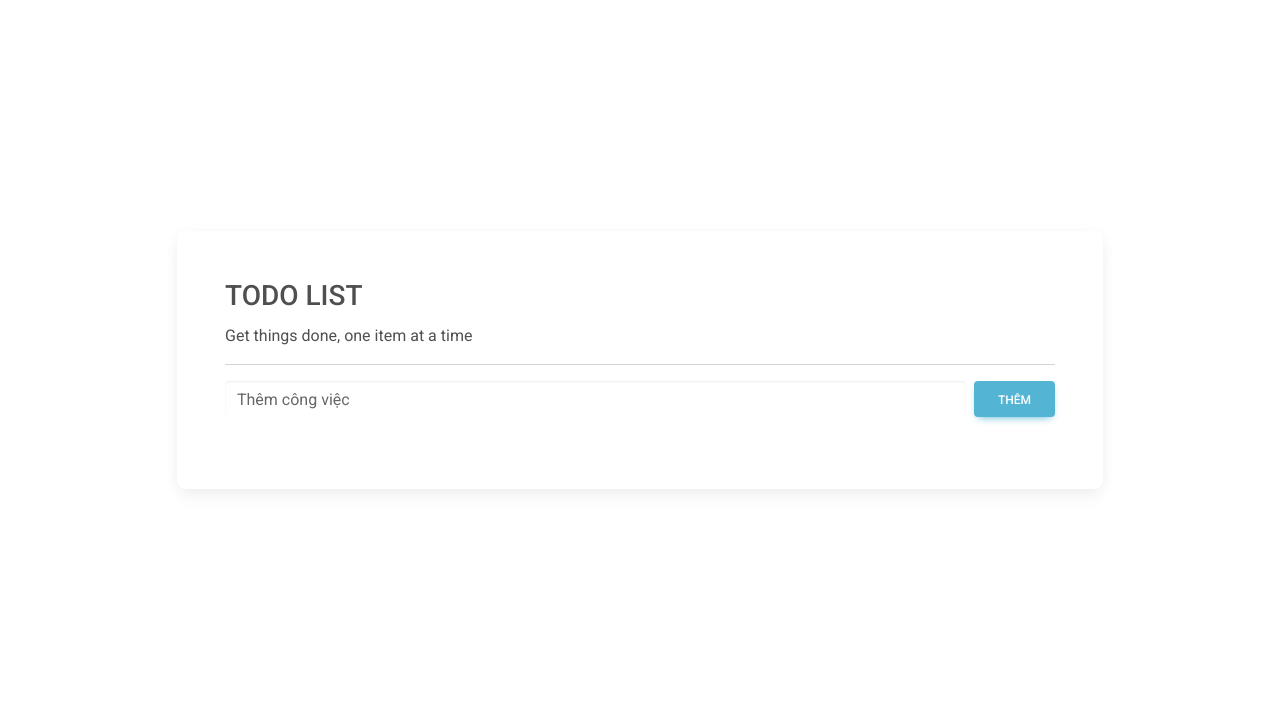
Repository: TinhTT336/MD02_HACKATHON01_HN_JV230620_BS_TranThiTinh_Basic
Page: /
The author's editor kept a copy of each file at every save. The page is drawn from the files as they stood at one save, then again after the next save.
The browser window is 1280 px wide. The pictures show the whole page.
Some web libraries are served in a nearby version. The project was rebuilt for these pictures with package versions that can differ from the ones it lists, and the page was loaded fresh each time. Also part of the build but not shown: vite.config.js, src/App.css, src/index.css.

Above is the page before, as saved 2023-09-05 10:11:23.

### index.html
<!DOCTYPE html>
<html lang="en">
  <head>
    <meta charset="UTF-8" />
    <link rel="icon" type="image/svg+xml" href="/vite.svg" />
    <meta name="viewport" content="width=device-width, initial-scale=1.0" />
    <title>Vite + React</title>
    <link
      href="https://cdnjs.cloudflare.com/ajax/libs/font-awesome/6.0.0/css/all.min.css"
      rel="stylesheet"
    />
    <link
      href="https://fonts.googleapis.com/css?family=Roboto:300,400,500,700&display=swap"
      rel="stylesheet"
    />
    <link
      href="https://cdnjs.cloudflare.com/ajax/libs/mdb-ui-kit/6.2.0/mdb.min.css"
      rel="stylesheet"
    />
  </head>
  <body>
    <div id="root"></div>
    <script type="module" src="/src/main.jsx"></script>
  </body>
</html>

### src/App.jsx
import { useState } from 'react'
import reactLogo from './assets/react.svg'
import viteLogo from '/vite.svg'
import './App.css'
import Index from './TodoList/Index'

function App() {
  const [count, setCount] = useState(0)

  return (
    <>
      <Index />
    </>
  )
}

export default App

### src/TodoList/Index.jsx
import React from 'react'
import Header from './Header'

export default function Index() {
    return (
        <div>
            <Header />
        </div>
    )
}

### src/TodoList/Header.jsx
import React from 'react'

export default function Header() {
    return (
        <div>
            <section className="vh-100 gradient-custom">
                <div className="container py-5 h-100">
                    <div
                        className="row d-flex justify-content-center align-items-center
              h-100"
                    >
                        <div className="col col-xl-10">
                            <div className="card">
                                <div className="card-body p-5">
                                    <h3 style={{ marginBottom: 10 }}>
                                        TODO LIST
                                    </h3>
                                    <p>Get things done, one item at a time</p>
                                    <hr></hr>
                                    <form
                                        className="d-flex justify-content-center
                              align-items-center mb-4"
                                    >
                                        <div className="form-outline flex-fill">
                                            <input type="text" id="form2" className="form-control" />
                                            <label className="form-label" htmlFor="form2">
                                                Thêm công việc
                                            </label>
                                        </div>
                                        <button
                                            type="submit"
                                            className="btn btn-info
                                  ms-2"
                                        >
                                            Thêm
                                        </button>
                                    </form>
                                </div>
                            </div>
                        </div>
                    </div>
                </div>
            </section>

        </div>
    )
}

### src/TodoList/Form.jsx
import React from 'react'

export default function Form() {
    return (
        <>
            {/* Tabs content */}
            <div className="tab-content">
                <div className="tab-pane fade show active">
                    <ul className="list-group mb-0">
                        <li
                            className="list-group-item d-flex
                                          align-items-center border-0 mb-2
                                          rounded justify-content-between"
                            style={{ backgroundColor: "#f4f6f7" }}
                        >
                            <div>
                                <input
                                    className="form-check-input
                                                  me-2"
                                    type="checkbox"
                                    defaultChecked=""
                                />
                                <s>Cras justo odio</s>
                            </div>
                            <div>
                                <a href="#!" className="text-info" title="Sửa công việc">
                                    <i
                                        className="fas
                                                      fa-pencil-alt
                                                      me-3"
                                    />
                                </a>
                                <a
                                    href="#!"
                                    className="text-danger"
                                    title="Xóa công việc"
                                >
                                    <i
                                        className="fas
                                                      fa-trash-alt"
                                    />
                                </a>
                            </div>
                        </li>
                        <li
                            className="list-group-item d-flex
                                          align-items-center border-0 mb-2
                                          justify-content-between"
                            style={{ backgroundColor: "#f4f6f7" }}
                        >
                            <div>
                                <input className="form-check-input" type="checkbox" />
                                Cras justo odio
                            </div>
                            <div>
                                <a href="#!" className="text-info" title="Sửa công việc">
                                    <i
                                        className="fas
                                                      fa-pencil-alt
                                                      me-3"
                                    />
                                </a>
                                <a
                                    href="#!"
                                    className="text-danger"
                                    title="Xóa công việc"
                                >
                                    <i
                                        className="fas
                                                      fa-trash-alt"
                                    />
                                </a>
                            </div>
                        </li>
                    </ul>
                </div>
                <form
                    className="d-flex justify-content-center
                              align-items-center mb-4"
                >
                    <div className="form-outline flex-fill">
                        <input type="text" id="form2" className="form-control" />
                        <label className="form-label" htmlFor="form2">
                            Thêm công việc
                        </label>
                    </div>
                    <button
                        type="submit"
                        className="btn btn-info
                                  ms-2"
                    >
                        Thêm
                    </button>
                </form>
            </div>
            {/* Tabs content */}
        </>
    )
}

Loaded but not shown: src/main.jsx (common file)

After the next save:
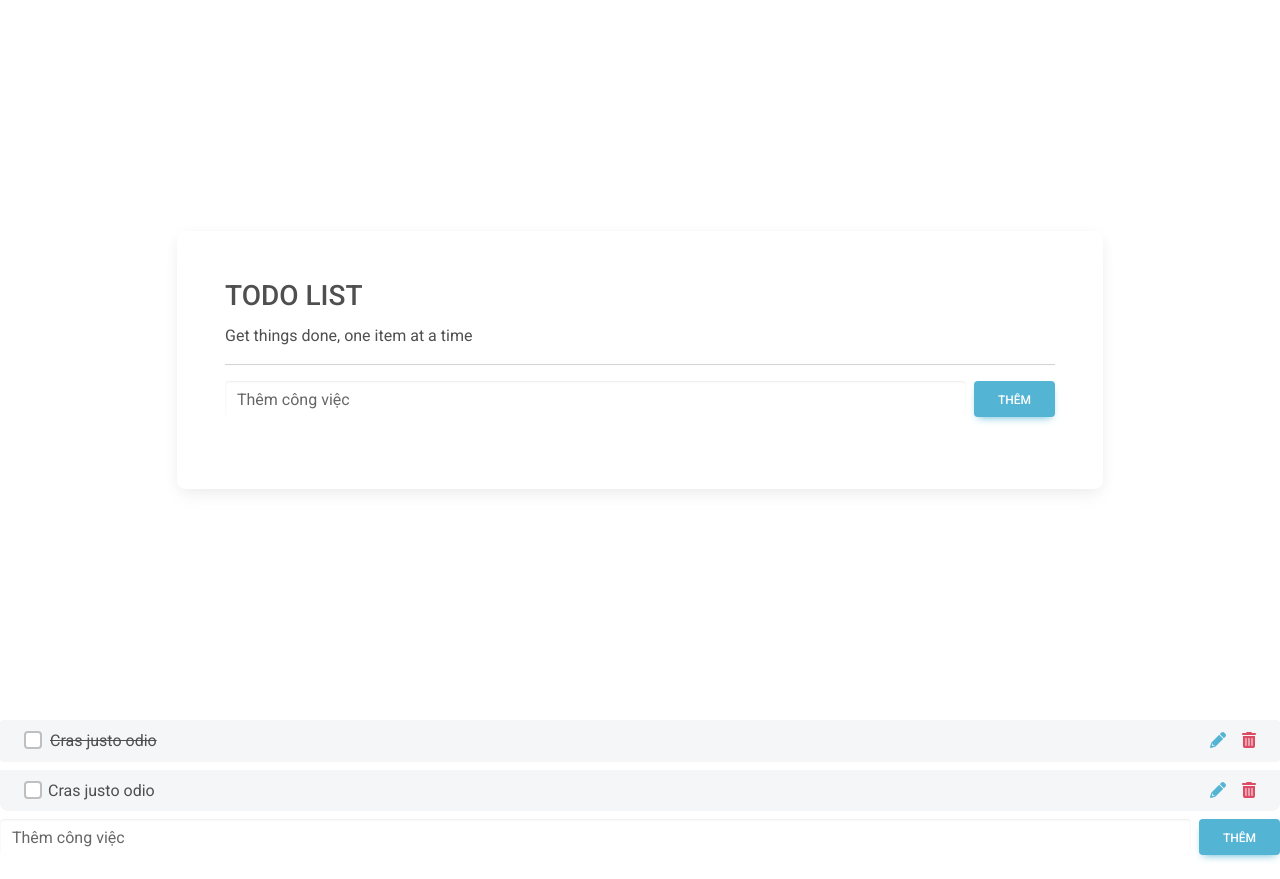
Saved 10 s later.
--- a/src/TodoList/Index.jsx
+++ b/src/TodoList/Index.jsx
@@ -1,10 +1,12 @@
 import React from 'react'
 import Header from './Header'
+import Form from './Form'
 
 export default function Index() {
     return (
         <div>
             <Header />
+            <Form />
         </div>
     )
 }
